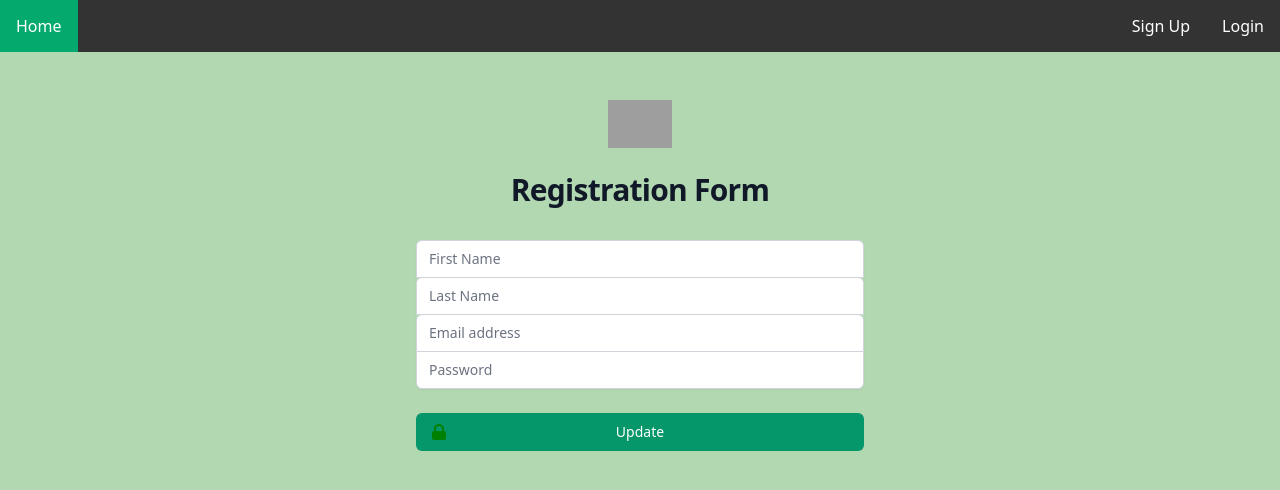
Repository: sach7691/original-book-store
Page: http://localhost/online-book-store-application/modify_customer.jsp
These files come from the project's save history. The page is drawn as it stood at one moment and after the next save; the edit follows.
The browser window is 1280 px wide. The pictures show the whole page.
Pictures or frames that could not be fetched are drawn as grey boxes. The page is served by Tomcat 9. Other server files are loaded and not shown.

Above is the page before, as saved 2022-08-31 19:45:52.

### online-book-store-application/src/main/webapp/modify_customer.jsp
<%@ page language="java" contentType="text/html; charset=ISO-8859-1"
	pageEncoding="ISO-8859-1"%>

<!DOCTYPE html>
<html>
<head>
<meta charset="ISO-8859-1">
<title>Registration Form</title>
<style>
body {margin: 0;
 background: rgba(0, 128, 0, 0.3);}

 table {
	font-family : Arial, Helvetica, sans-serif;
	font-size : 100%;
    font-weight: bold;
    background-color: light green
}
 h1 {
   color: black;
   font-family: Arial;
   text-align: center
 }
 table.center {
  margin-left: auto;
  margin-right: auto;
}


ul.topnav {
  list-style-type: none;
  margin: 0;
  padding: 0;
  overflow: hidden;
  background-color: #333;
}

ul.topnav li {float: left;}

ul.topnav li a {
  display: block;
  color: white;
  text-align: center;
  padding: 14px 16px;
  text-decoration: none;
}

ul.topnav li a:hover:not(.active) {background-color: #111;}

ul.topnav li a.active {background-color: #04AA6D;}

ul.topnav li.right {float: right;}

@media screen and (max-width: 600px) {
  ul.topnav li.right,
  ul.topnav li {float: none;}
}
</style>
</head>
<body>

<div>
<ul class="topnav">
  <li><a class="active" href="welcome.jsp">Home</a></li>
  <li class="right"><a href="login.jsp">Login</a></li>
  <li class="right"><a href="index.jsp">Sign Up</a></li>
</ul>
</div>

<!--	<form action="http://localhost:8080/online-book-store-application/CustomerRegistrationServlet" method="POST">
		<table class ="center" style ="margin-top:200px">
		<tr>
		<td><label for="firstName">First name:</label><br> </td>
		<td><input type="text" id="firstName" name="firstName" value="" ><br></td>
		</tr>
		<tr>
		<td><label for="lastName">Last name:</label><br></td>
		<td><input type="text" id="lastName" name="lastName" value=""><br></td>
		</tr>
		<tr>
		<td><label for="customerEmail">Email:</label><br> </td>
		<td><input type="text" id="customerEmail" name="customerEmail" placeholder="Enter a valid Email"><br></td>
		</tr>
		<tr>
		<td><label for="customerpassword">Password:</label><br> </td>
		<td><input type="password" id="customerpassword" name="customerpassword" placeholder="Enter a valid Password"><br></td>
		</tr>
		<tr>
		<td><input type="submit" class="signupbtn" value="Sign up"></td>
		</tr>
		</table>
			</form>
	-->

<link href="https://unpkg.com/tailwindcss@%5E1.0/dist/tailwind.min.css"  rel="stylesheet">

 <div class="min-h-full flex items-center justify-center py-12 px-4 sm:px-6 lg:px-8">
  <div class="max-w-md w-full space-y-8">
    <div>
      <img class="mx-auto h-12 w-auto" src="https://tailwindui.com/img/logos/workflow-mark.svg?color=green&shade=600" alt="Workflow">
      <h2 class="mt-6 text-center text-3xl tracking-tight font-bold text-gray-900">Registration Form</h2>
    </div>
    <form class="mt-8 space-y-6" action="http://localhost:8080/online-book-store-application/CustomerRegistrationServlet" method="POST">
      <input type="hidden" name="remember" value="true">
      <div class="rounded-md shadow-sm -space-y-px">
      <div>
          <label for="firstName" class="sr-only">First Name</label>
          <input id="firstName" name="firstName" type="firstName" autocomplete="firstName" required class="appearance-none rounded-none relative block w-full px-3 py-2 border border-gray-300 placeholder-gray-500 text-gray-900 rounded-t-md focus:outline-none focus:ring-indigo-500 focus:border-indigo-500 focus:z-10 sm:text-sm" placeholder="First Name">
        </div>
        <div>
          <label for="lastName" class="sr-only">Last Name</label>
          <input id="lastName" name="lastName" type="lastName" autocomplete="lastName" required class="appearance-none rounded-none relative block w-full px-3 py-2 border border-gray-300 placeholder-gray-500 text-gray-900 rounded-t-md focus:outline-none focus:ring-indigo-500 focus:border-indigo-500 focus:z-10 sm:text-sm" placeholder="Last Name">
        </div>
        <div>
          <label for="customerEmail" class="sr-only">Email address</label>
          <input id="customerEmail" name="customerEmail" type="customerEmail" autocomplete="customerEmail" required class="appearance-none rounded-none relative block w-full px-3 py-2 border border-gray-300 placeholder-gray-500 text-gray-900 rounded-t-md focus:outline-none focus:ring-indigo-500 focus:border-indigo-500 focus:z-10 sm:text-sm" placeholder="Email address">
        </div>
        <div>
          <label for="customerpassword" class="sr-only">Password</label>
          <input id="customerpassword" name="customerpassword" type="password" autocomplete="customerpassword" required class="appearance-none rounded-none relative block w-full px-3 py-2 border border-gray-300 placeholder-gray-500 text-gray-900 rounded-b-md focus:outline-none focus:ring-indigo-500 focus:border-indigo-500 focus:z-10 sm:text-sm" placeholder="Password">
        </div>
      </div>


      <div>
        <button type="submit" class="group relative w-full flex justify-center py-2 px-4 border border-transparent text-sm font-medium rounded-md text-white bg-green-600 hover:bg-green-700 focus:outline-none focus:ring-2 focus:ring-offset-2 focus:ring-indigo-500">
          <span class="absolute left-0 inset-y-0 flex items-center pl-3">
            <!-- Heroicon name: solid/lock-closed -->
            <svg class="h-5 w-5 text-indigo-500 group-hover:text-indigo-400" xmlns="http://www.w3.org/2000/svg" viewBox="0 0 20 20" fill="green" aria-hidden="true">
              <path fill-rule="evenodd" d="M5 9V7a5 5 0 0110 0v2a2 2 0 012 2v5a2 2 0 01-2 2H5a2 2 0 01-2-2v-5a2 2 0 012-2zm8-2v2H7V7a3 3 0 016 0z" clip-rule="evenodd" />
            </svg>
          </span>
          Update
        </button>
      </div>
    </form>
  </div>
</div>



</body>
</html>

After the next save:
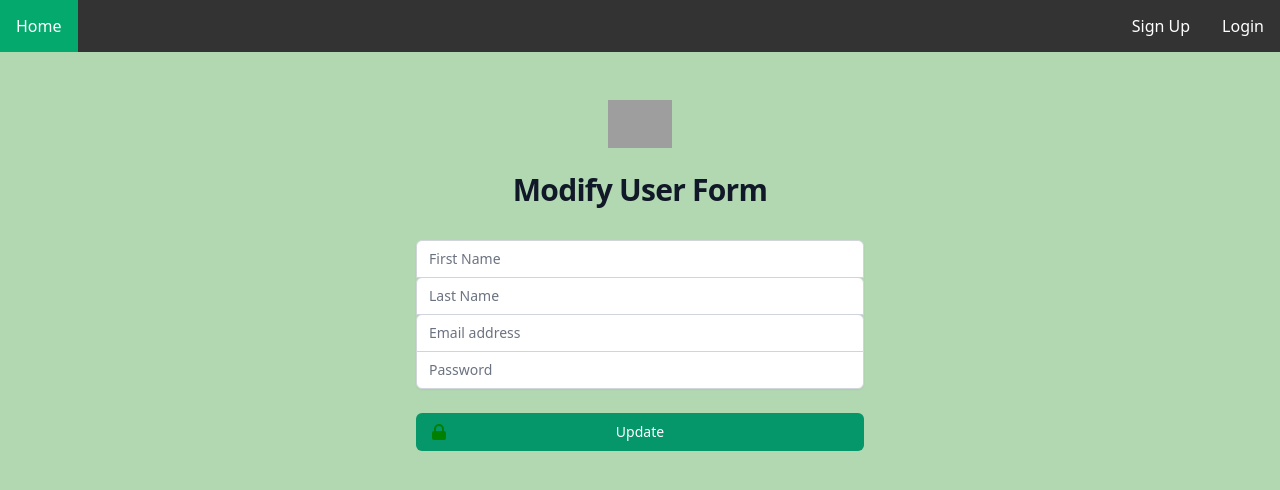
Saved 31 s later.
--- a/online-book-store-application/src/main/webapp/modify_customer.jsp
+++ b/online-book-store-application/src/main/webapp/modify_customer.jsp
@@ -67,38 +67,13 @@ ul.topnav li.right {float: right;}
 </ul>
 </div>
 
-<!--	<form action="http://localhost:8080/online-book-store-application/CustomerRegistrationServlet" method="POST">
-		<table class ="center" style ="margin-top:200px">
-		<tr>
-		<td><label for="firstName">First name:</label><br> </td>
-		<td><input type="text" id="firstName" name="firstName" value="" ><br></td>
-		</tr>
-		<tr>
-		<td><label for="lastName">Last name:</label><br></td>
-		<td><input type="text" id="lastName" name="lastName" value=""><br></td>
-		</tr>
-		<tr>
-		<td><label for="customerEmail">Email:</label><br> </td>
-		<td><input type="text" id="customerEmail" name="customerEmail" placeholder="Enter a valid Email"><br></td>
-		</tr>
-		<tr>
-		<td><label for="customerpassword">Password:</label><br> </td>
-		<td><input type="password" id="customerpassword" name="customerpassword" placeholder="Enter a valid Password"><br></td>
-		</tr>
-		<tr>
-		<td><input type="submit" class="signupbtn" value="Sign up"></td>
-		</tr>
-		</table>
-			</form>
-	-->
-
 <link href="https://unpkg.com/tailwindcss@%5E1.0/dist/tailwind.min.css"  rel="stylesheet">
 
  <div class="min-h-full flex items-center justify-center py-12 px-4 sm:px-6 lg:px-8">
   <div class="max-w-md w-full space-y-8">
     <div>
       <img class="mx-auto h-12 w-auto" src="https://tailwindui.com/img/logos/workflow-mark.svg?color=green&shade=600" alt="Workflow">
-      <h2 class="mt-6 text-center text-3xl tracking-tight font-bold text-gray-900">Registration Form</h2>
+      <h2 class="mt-6 text-center text-3xl tracking-tight font-bold text-gray-900">Modify User Form</h2>
     </div>
     <form class="mt-8 space-y-6" action="http://localhost:8080/online-book-store-application/CustomerRegistrationServlet" method="POST">
       <input type="hidden" name="remember" value="true">
